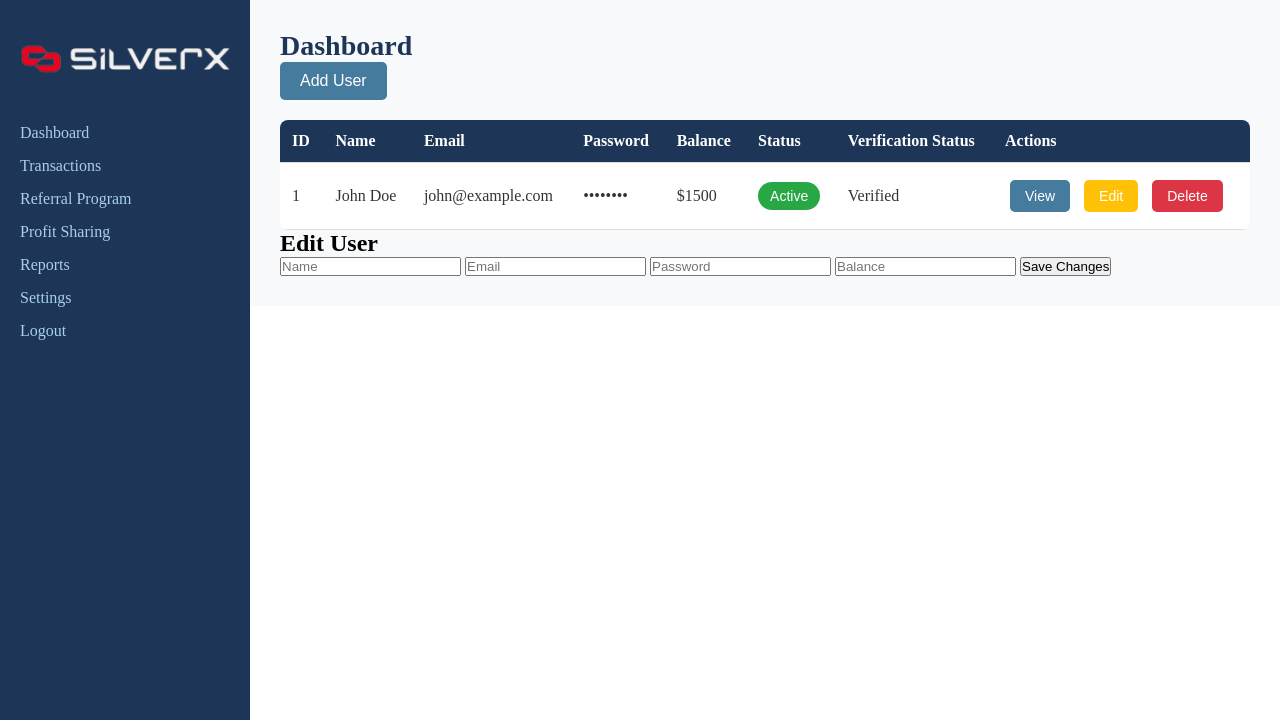
Repository: 2025silverx/slivedrX
Page: index.html
The author's editor kept a copy of each file at every save. The page is drawn from the files as they stood at one save, then again after the next save.
The browser window is 1280 px wide. The pictures show the whole page.

Above is the page before, as saved 2025-01-19 13:44:06.

### index.html
<!DOCTYPE html>
<html lang="en">
<head>
    <meta charset="UTF-8">
    <meta name="viewport" content="width=device-width, initial-scale=1.0">
    <title>Admin Panel - Users</title>
    <link rel="stylesheet" href="style.css">
</head>
<body>
    <div id="sidebar-container">
        <div class="sidebar">
            <img src="images/logo.png" alt="Sidebar Logo" class="sidebar-logo">
            <ul class="sidebar-links">
                <li><a href="index.html" class="sidebar-link" data-target="dashboard">Dashboard</a></li>
                <li><a href="index2.html" class="sidebar-link" data-target="transactions">Transactions</a></li>
                <li><a href="indesx3.html" class="sidebar-link" data-target="reports">Referral Program</a></li>
                <li><a href="index4.html" class="sidebar-link" data-target="users">Profit Sharing</a></li>
                <li><a href="index5.html" class="sidebar-link" data-target="reports">Reports</a></li>
                <li><a href="setting.html" class="sidebar-link" data-target="settings">Settings</a></li>
                <li><a href="login.html" class="sidebar-link" data-target="logout">Logout</a></li>
            </ul>
        </div>
    </div>

    <div class="main-content">
        <h1>Dashboard</h1>
        <button onclick="addUser()" class="add-user-btn">Add User</button>
        <table>
            <thead>
                <tr>
                    <th>ID</th>
                    <th>Name</th>
                    <th>Email</th>
                    <th>Password</th>
                    <th>Balance</th>
                    <th>Status</th>
                    <th>Verification Status</th>
                    <th>Actions</th>
                </tr>
            </thead>
            <tbody id="userTable">
                <tr>
                    <td>1</td>
                    <td>John Doe</td>
                    <td>john@example.com</td>
                    <td>••••••••</td>
                    <td>$1500</td>
                    <td><button class="status-btn active" onclick="toggleStatus(this)">Active</button></td>
                    <td>Verified</td>
                    <td>
                        <button class="action-btn view" onclick="viewUser(1)">View</button>
                        <button class="action-btn edit" onclick="editUser(1)">Edit</button>
                        <button class="action-btn delete" onclick="deleteUser(1)">Delete</button>
                    </td>
                </tr>
            </tbody>
        </table>

        <!-- Edit User Form -->
        <div id="edit-form-container" class="edit-form">
            <h2>Edit User</h2>
            <form id="edit-form">
                <input type="text" id="edit-name" placeholder="Name" required>
                <input type="email" id="edit-email" placeholder="Email" required>
                <input type="text" id="edit-password" placeholder="Password" required>
                <input type="number" id="edit-balance" placeholder="Balance" required>
                <button type="submit">Save Changes</button>
            </form>
        </div>
    </div>

    <script>
        function addUser() {
            alert('Add User button clicked.');
        }

        function editUser(id) {
            const name = document.getElementById('edit-name');
            const email = document.getElementById('edit-email');
            const password = document.getElementById('edit-password');
            const balance = document.getElementById('edit-balance');

            // Mock data for simplicity
            name.value = `User ${id}`;
            email.value = `user${id}@example.com`;
            password.value = 'examplePassword'; // Display the actual password
            balance.value = 1500;

            // Show the form
            document.getElementById('edit-form-container').style.display = 'block';
        }

        function toggleStatus(button) {
            if (button.classList.contains('active')) {
                button.classList.remove('active');
                button.classList.add('inactive');
                button.textContent = 'Inactive';
            } else {
                button.classList.remove('inactive');
                button.classList.add('active');
                button.textContent = 'Active';
            }
        }

        document.getElementById('edit-form').addEventListener('submit', function (event) {
            event.preventDefault();
            alert('Changes saved!');
            document.getElementById('edit-form-container').style.display = 'none';
        });
    </script>
</body>
</html>

### style.css
/* Reset some default styles */
* {
    margin: 0;
    padding: 0;
    box-sizing: border-box;
}

/* Sidebar styles */
#sidebar-container {
    width: 250px;
    height: 100vh;
    position: fixed;
    background-color: #1d3557; /* Bluish background */
    color: white;
    padding: 20px;
    display: flex;
    flex-direction: column;
    justify-content: space-between;
}

.sidebar-logo {
    width: 100%;
    margin-bottom: 30px;
}

.sidebar-links {
    list-style-type: none;
    padding: 0;
}

.sidebar-link {
    text-decoration: none;
    color: #a8d0e6; /* Lighter bluish text */
    font-size: 16px;
    display: block;
    margin-bottom: 15px;
    transition: 0.3s;
}

.sidebar-link:hover {
    color: #fff;
}

/* Main content styles */
.main-content {
    margin-left: 250px;
    padding: 30px;
    background-color: #f8f9fa;
}

h1 {
    font-size: 28px;
    color: #1d3557;
}

/* Add User Button Styles */
.add-user-btn {
    background-color: #457b9d;
    color: white;
    border: none;
    padding: 10px 20px;
    border-radius: 5px;
    font-size: 16px;
    cursor: pointer;
    transition: background-color 0.3s;
}

.add-user-btn:hover {
    background-color: #1d3557;
}

/* Table Styles */
table {
    width: 100%;
    border-collapse: collapse;
    margin-top: 20px;
    border-radius: 8px;
    overflow: hidden;
}

th, td {
    padding: 12px;
    text-align: left;
    border-bottom: 1px solid #ddd;
}

th {
    background-color: #1d3557;
    color: white;
}

td {
    background-color: #fff;
    color: #333;
}

/* Status button styles */
.status-btn {
    padding: 6px 12px;
    border-radius: 20px;
    color: white;
    font-size: 14px;
    cursor: pointer;
    border: none;
}

.status-btn.active {
    background-color: #28a745;
}

.status-btn.inactive {
    background-color: #dc3545;
}

/* Action button styles */
.action-btn {
    padding: 8px 15px;
    border: none;
    cursor: pointer;
    margin: 5px;
    border-radius: 5px;
    font-size: 14px;
}

.action-btn.view {
    background-color: #457b9d;
    color: white;
}

.action-btn.edit {
    background-color: #ffc107;
    color: white;
}

.action-btn.delete {
    background-color: #dc3545;
    color: white;
}

.action-btn.show-password {
    background-color: #17a2b8;
    color: white;
}

After the next save:
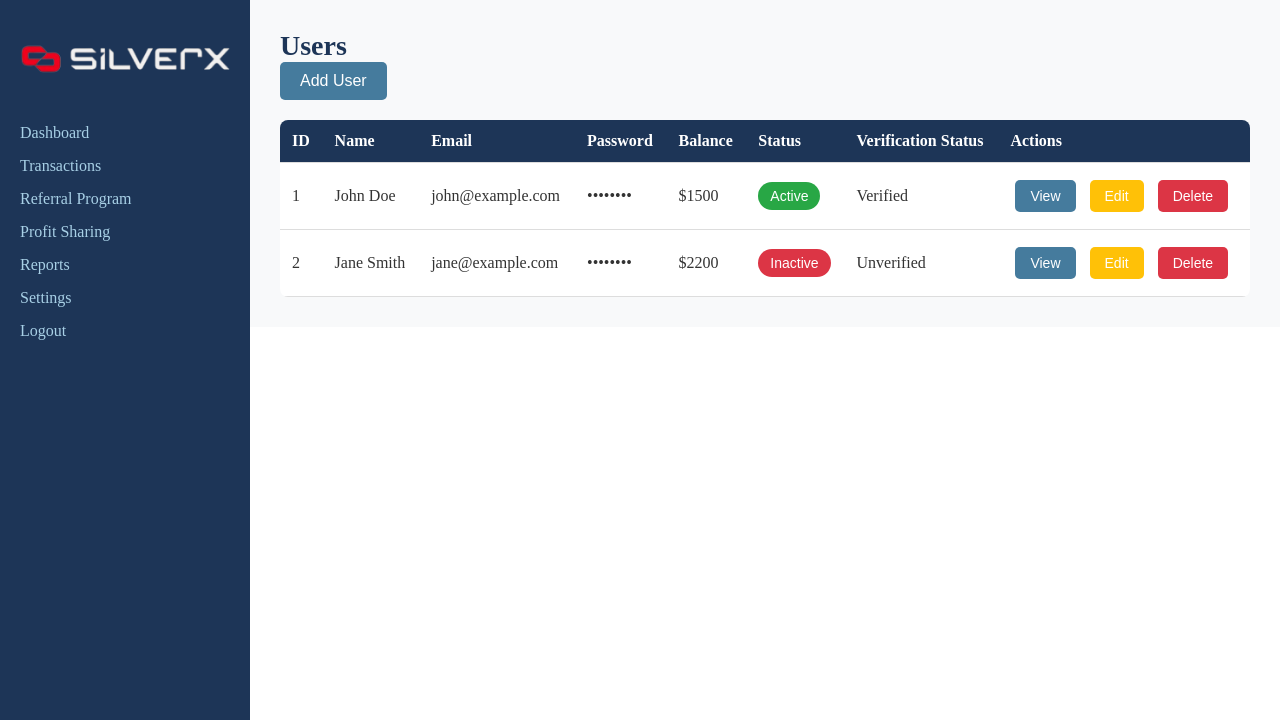
Saved 109 s later.
--- a/index.html
+++ b/index.html
@@ -23,9 +23,9 @@
     </div>
 
     <div class="main-content">
-        <h1>Dashboard</h1>
+        <h1>Users</h1>
         <button onclick="addUser()" class="add-user-btn">Add User</button>
-        <table>
+        <table class="full-width-table">
             <thead>
                 <tr>
                     <th>ID</th>
@@ -53,11 +53,25 @@
                         <button class="action-btn delete" onclick="deleteUser(1)">Delete</button>
                     </td>
                 </tr>
+                <tr>
+                    <td>2</td>
+                    <td>Jane Smith</td>
+                    <td>jane@example.com</td>
+                    <td>••••••••</td>
+                    <td>$2200</td>
+                    <td><button class="status-btn inactive" onclick="toggleStatus(this)">Inactive</button></td>
+                    <td>Unverified</td>
+                    <td>
+                        <button class="action-btn view" onclick="viewUser(2)">View</button>
+                        <button class="action-btn edit" onclick="editUser(2)">Edit</button>
+                        <button class="action-btn delete" onclick="deleteUser(2)">Delete</button>
+                    </td>
+                </tr>
             </tbody>
         </table>
 
-        <!-- Edit User Form -->
-        <div id="edit-form-container" class="edit-form">
+        <!-- Hidden Edit User Form -->
+        <div id="edit-form-container" class="edit-form" style="display: none;">
             <h2>Edit User</h2>
             <form id="edit-form">
                 <input type="text" id="edit-name" placeholder="Name" required>
@@ -65,6 +79,7 @@
                 <input type="text" id="edit-password" placeholder="Password" required>
                 <input type="number" id="edit-balance" placeholder="Balance" required>
                 <button type="submit">Save Changes</button>
+                <button type="button" onclick="closeEditForm()">Cancel</button>
             </form>
         </div>
     </div>
@@ -72,6 +87,10 @@
     <script>
         function addUser() {
             alert('Add User button clicked.');
+        }
+
+        function viewUser(id) {
+            alert(`Viewing details for User ID: ${id}`);
         }
 
         function editUser(id) {
@@ -90,6 +109,13 @@
             document.getElementById('edit-form-container').style.display = 'block';
         }
 
+        function deleteUser(id) {
+            const confirmDelete = confirm(`Are you sure you want to delete User ID: ${id}?`);
+            if (confirmDelete) {
+                alert(`User ID: ${id} deleted.`);
+            }
+        }
+
         function toggleStatus(button) {
             if (button.classList.contains('active')) {
                 button.classList.remove('active');
@@ -102,6 +128,10 @@
             }
         }
 
+        function closeEditForm() {
+            document.getElementById('edit-form-container').style.display = 'none';
+        }
+
         document.getElementById('edit-form').addEventListener('submit', function (event) {
             event.preventDefault();
             alert('Changes saved!');
